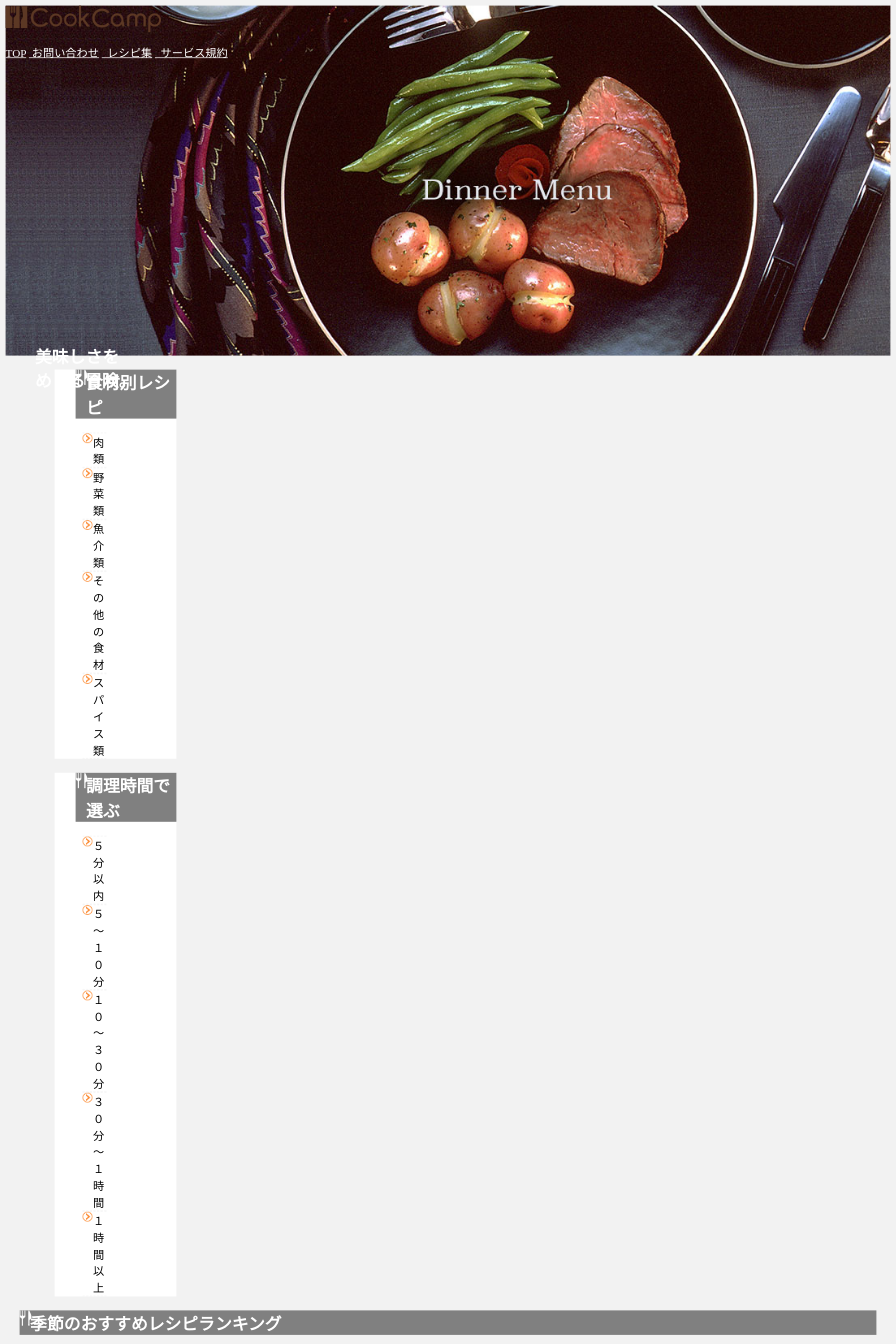
Repository: wadashuri/gourmand-site
Page: 03/top.html
The author's editor kept a record of every edit. The page is drawn from the files as they stood at one moment, then again after the next edit.
The browser window is 1280 px wide. The pictures show the part of the page from y = 0 to 1920 px (the page is 3844 px tall before and 2979 px after), at 70% of full size.

Above is the page before.

After the next edit:
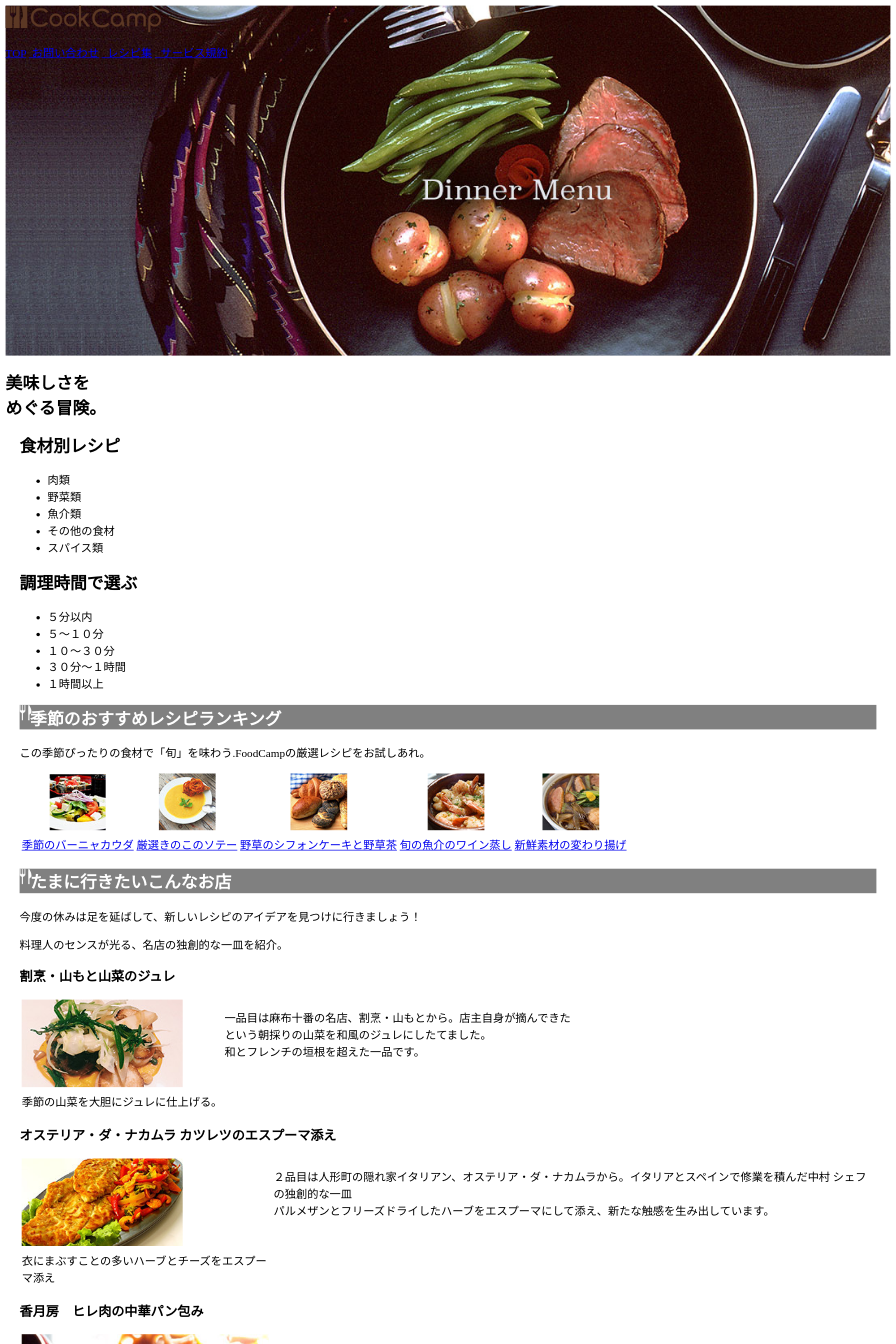
The edit:
--- a/03/style.css
+++ b/03/style.css
@@ -5,10 +5,13 @@
 
 }
 .cook_camp {
-    flex-basis: 10em;
-     display: flex;
-    flex-grow:1;
+      display: flex;
 }
+
+
+. {
+  background-color: pink;
+  width: 12em;
 
 .link {
     color: white;

After the edit that followed:
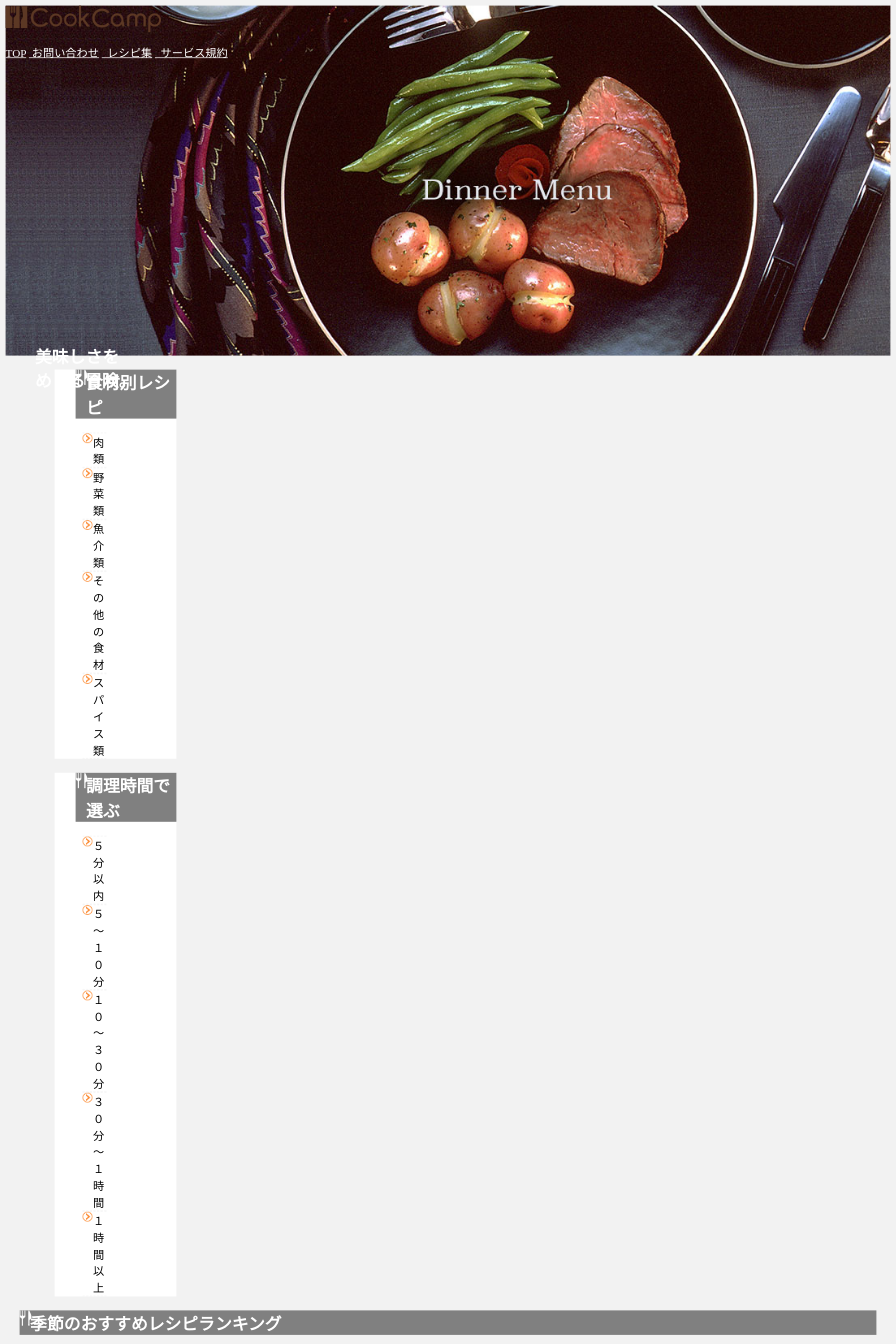
The edit:
--- a/03/style.css
+++ b/03/style.css
@@ -8,10 +8,6 @@
       display: flex;
 }
 
-
-. {
-  background-color: pink;
-  width: 12em;
 
 .link {
     color: white;
